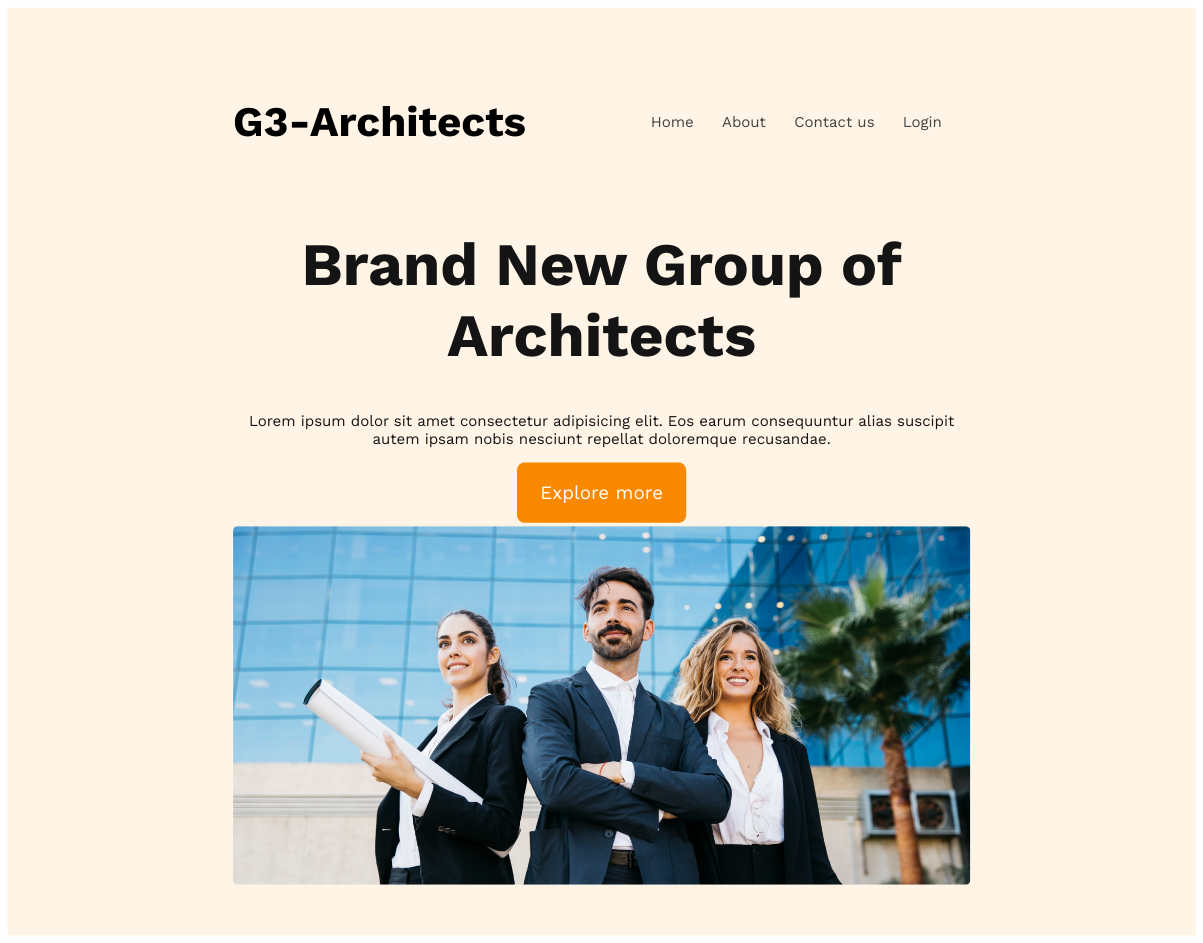
Repository: RudrasahaDibos/architects-resources
Page: index.html
The author's editor kept a copy of each file at every save. The page is drawn from the files as they stood at one save, then again after the next save.
The browser window is 1280 px wide. The pictures show the whole page, at 94% of full size.

Above is the page before, as saved 2024-10-06 17:08:27.

After the next save:
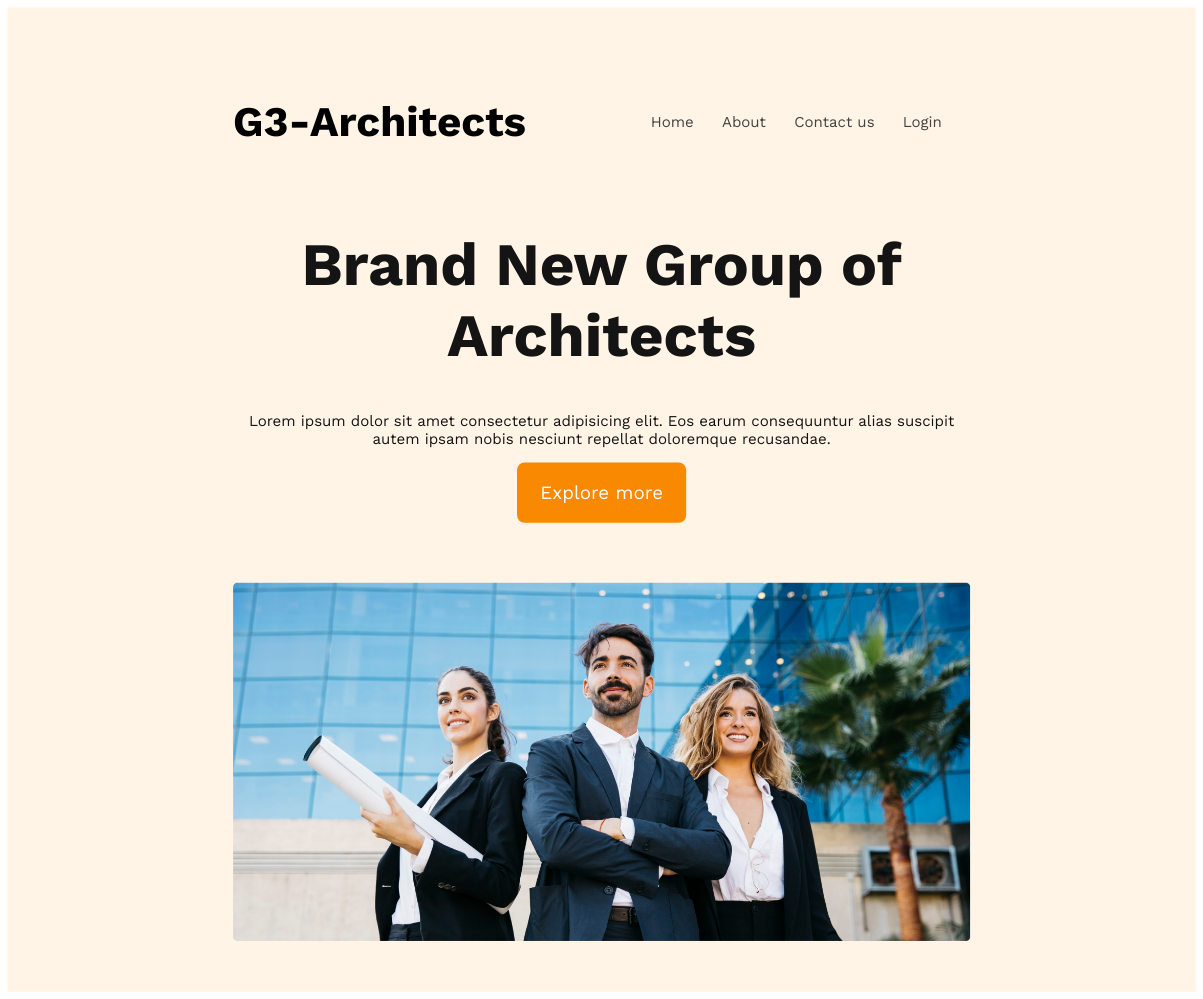
Saved 5 s later.
--- a/index.css
+++ b/index.css
@@ -63,6 +63,6 @@ nav li{
     color: #141414;
  }
  .banner img{
-    margin-top: 4px;
+    margin-top: 4rem;
     width: 100%;
  }
